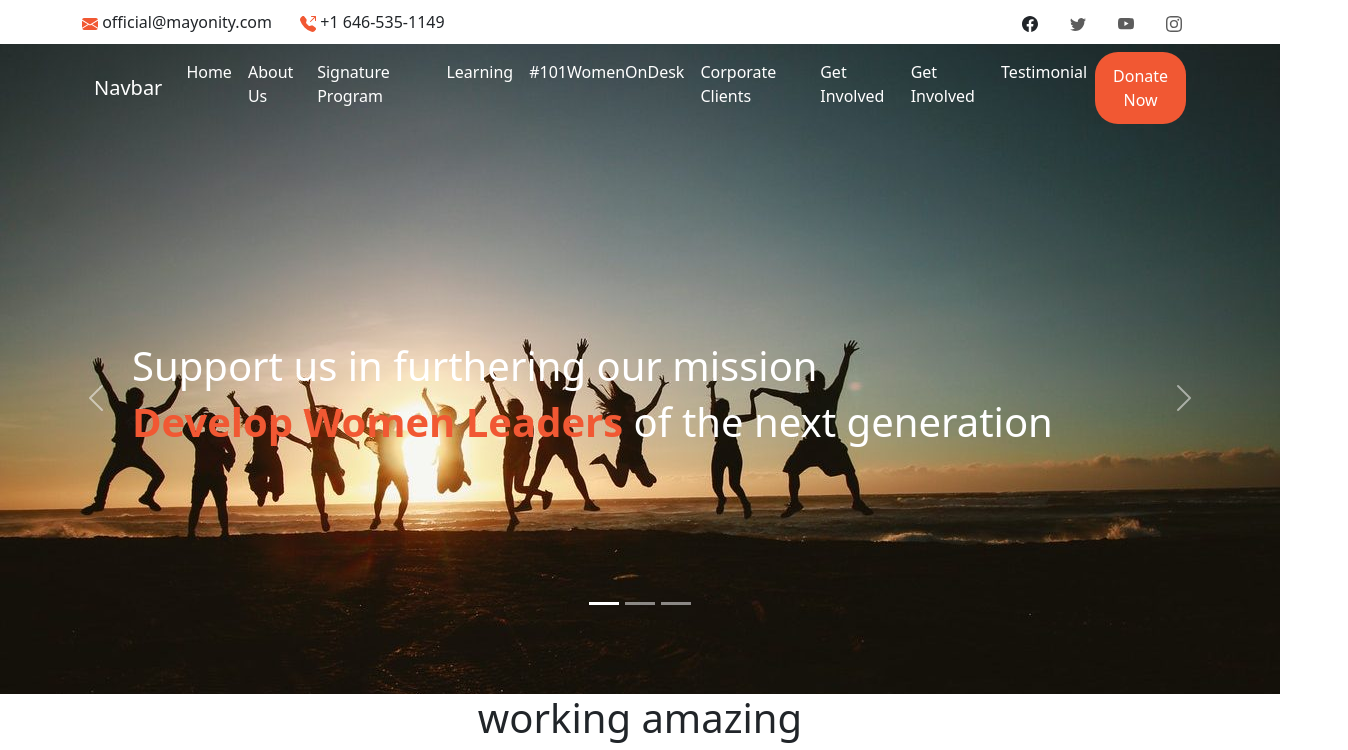
Repository: rizwan-zafar/wings
Page: /
These files come from the project's save history. The page is drawn as it stood at one moment and after a run of saves; the edit follows.
The browser window is 1280 px wide. The page is 1280 px wide, then 1348 px, so the pictures cover 1348 px, including what lies to the right of the window. The pictures show the whole page.
The project was rebuilt for these pictures with package versions that can differ from the ones it lists, and the page was loaded fresh each time.

Above is the page before, as saved 2022-11-27 11:07:02.

After the next 4 saves:
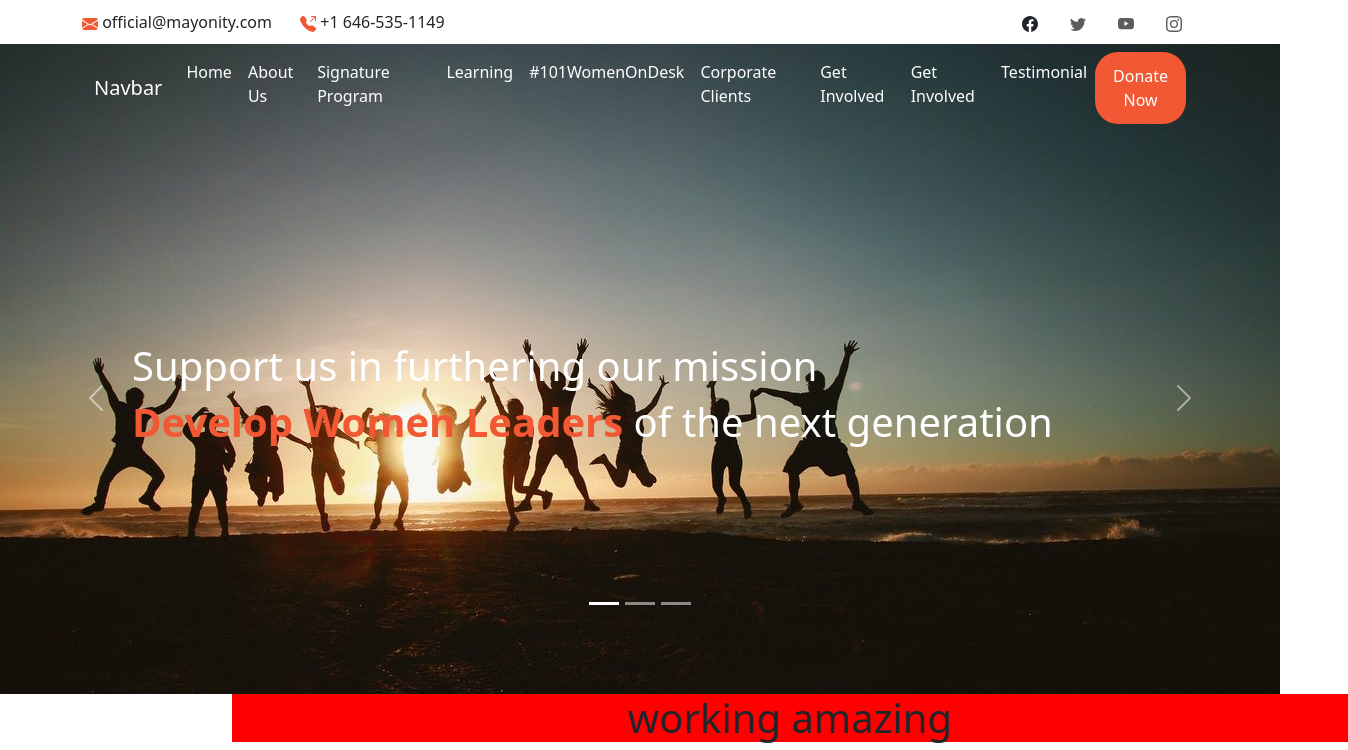
The 4 saves are shown as one change because they came seconds apart.
The last was saved 10 s later.
--- a/src/Css/Slider.css
+++ b/src/Css/Slider.css
@@ -26,12 +26,12 @@
 {
     color:#f15833
 }
-.slider-footer
-.custom-slider-container{
+.slider-footer>div{
     background: red;
     margin-left: 150px;
     margin-right: 150px
 }
+
 
 @media (max-width: 991px) {
 
